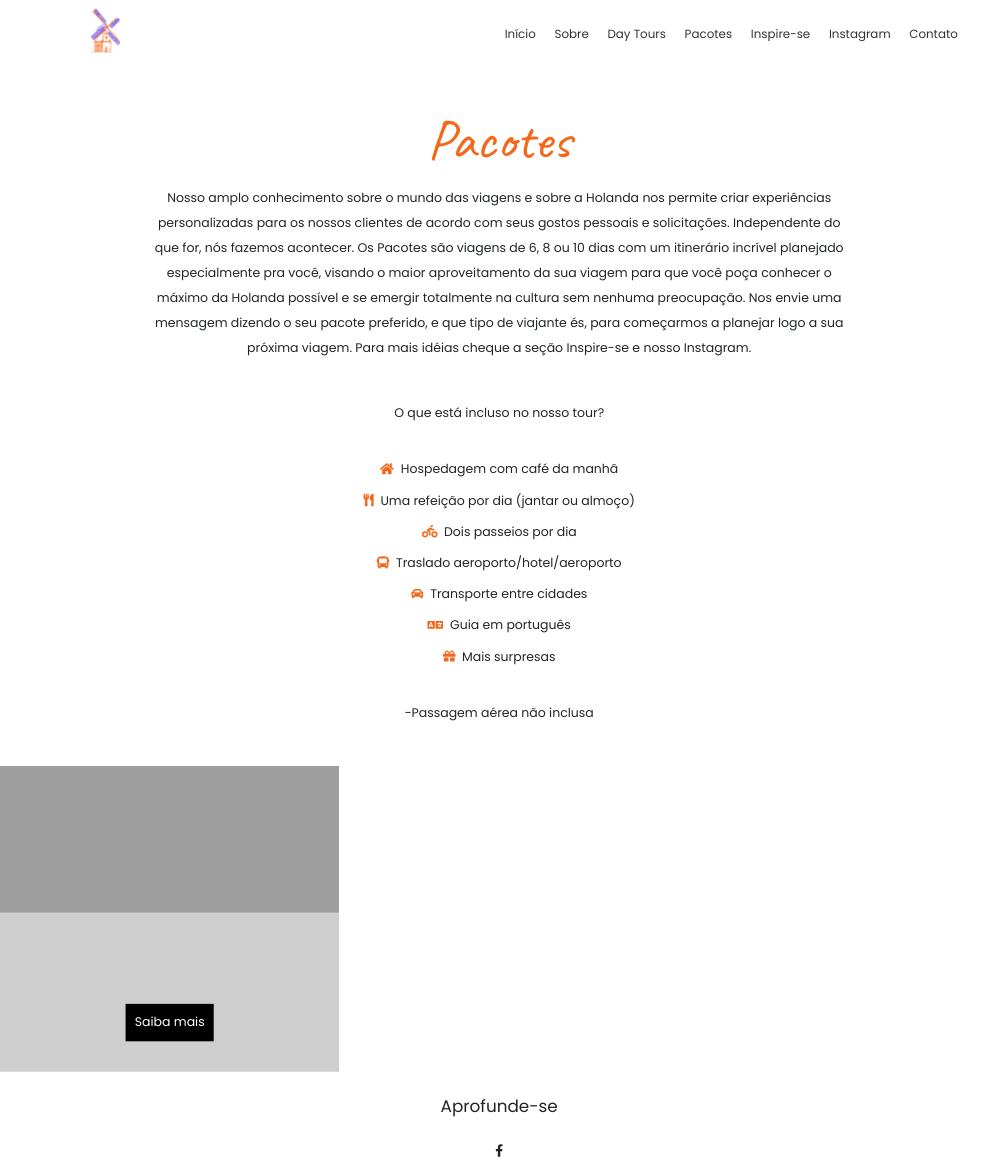
Repository: yurirech/aprofunde-se
Page: /packages
These files come from the project's save history. The page is drawn as it stood at one moment and after the next save; the edit follows.
The browser window is 1280 px wide. The pictures show the whole page, at 78% of full size.
Pictures or frames that could not be fetched are drawn as grey boxes. Some web libraries are served in a nearby version. The project was rebuilt for these pictures with package versions that can differ from the ones it lists, and the page was loaded fresh each time. Also part of the build but not shown: src/pages/Home/home-header/home-header.styles.js, src/pages/Home/home-header/home-header.component.jsx, src/pages/Home/home.data.js, src/pages/Home/home.styles.js, src/components/SharedComponents/CarouselWithArrows/CarouselWithArrowsStyled.js, src/components/SharedComponents/CarouselWithArrows/CarouselWithArrows.jsx, src/pages/Home/tour-card/tour-card.styles.js, src/pages/Home/tour-card/tour-card.component.jsx and 21 more.

Above is the page before, as saved 2020-06-17 18:06:00.

### public/index.html
<!DOCTYPE html>
<html lang="en">
  <head>
    <meta charset="utf-8" />
    <link rel="icon" href="%PUBLIC_URL%/favicon.ico" />
    <meta name="viewport" content="width=device-width, initial-scale=1" />
    <meta name="theme-color" content="#000000" />
    <meta
      name="description"
      content="Web site created using create-react-app"
    />
    <link href="https://fonts.googleapis.com/css2?family=Caveat:wght@400;700&display=swap" rel="stylesheet">
    <link href="https://fonts.googleapis.com/css?family=Poppins:300i,400,400i,600,700&display=swap" rel="stylesheet">
    <link rel="apple-touch-icon" href="logo192.png" />
    <script src="https://kit.fontawesome.com/cf99a46895.js" crossorigin="anonymous"></script>
    <!--
      manifest.json provides metadata used when your web app is installed on a
      user's mobile device or desktop. See https://developers.google.com/web/fundamentals/web-app-manifest/
    -->
    <!--
      Notice the use of %PUBLIC_URL% in the tags above.
      It will be replaced with the URL of the `public` folder during the build.
      Only files inside the `public` folder can be referenced from the HTML.

      Unlike "/favicon.ico" or "favicon.ico", "%PUBLIC_URL%/favicon.ico" will
      work correctly both with client-side routing and a non-root public URL.
      Learn how to configure a non-root public URL by running `npm run build`.
    -->
    <title>Aprofunde-se</title>
  </head>
  <body>
    <noscript>You need to enable JavaScript to run this app.</noscript>
    <div id="root"></div>
    <!--
      This HTML file is a template.
      If you open it directly in the browser, you will see an empty page.

      You can add webfonts, meta tags, or analytics to this file.
      The build step will place the bundled scripts into the <body> tag.

      To begin the development, run `npm start` or `yarn start`.
      To create a production bundle, use `npm run build` or `yarn build`.
    -->
  </body>
</html>

### src/index.js
import React from 'react';
import ReactDOM from 'react-dom';
import {  BrowserRouter as Router } from 'react-router-dom'
import './index.css';
import App from './App';
import 'bootstrap/dist/css/bootstrap.min.css';

ReactDOM.render(<Router>
                 <App />
                </Router>, document.getElementById('root'));

### src/index.css


body {
  margin: 0;
  font-family: -apple-system, BlinkMacSystemFont, "Segoe UI", "Roboto", "Oxygen",
    "Ubuntu", "Cantarell", "Fira Sans", "Droid Sans", "Helvetica Neue",
    sans-serif;
  -webkit-font-smoothing: antialiased;
  -moz-osx-font-smoothing: grayscale;
}

code {
  font-family: source-code-pro, Menlo, Monaco, Consolas, "Courier New",
    monospace;

 }

### src/App.jsx
import React, {Component} from 'react';
import { Switch, Route } from "react-router-dom";
import './App.scss';
import Home from "./pages/Home/home.component";
import { GlobalStyle } from "./_styles";
import {library} from "@fortawesome/fontawesome-svg-core";
import { fab } from '@fortawesome/free-brands-svg-icons';
import {
  faPlane,
  faMapMarkedAlt,
  faHome,
  faUtensils,
  faBiking,
  faBus,
  faCar,
  faLanguage,
  faGift
} from '@fortawesome/free-solid-svg-icons';
import Footer from "./components/SharedComponents/Footer/Footer";
import MainNavBar from "./components/SharedComponents/main-navbar/main-navbar.component";
import About from "./pages/about/about.component";
import Packages from "./pages/packages/packages.component";
import DayTours from './pages/day-tours/day-tours.component';

library.add(fab, faPlane, faMapMarkedAlt, faHome, faUtensils, faBiking, faBus, faCar, faLanguage, faGift);


class App extends Component {
  render() {

    return (
        <div className="App">
          <GlobalStyle />
          <MainNavBar />
          <Switch>
          <Route exact path='/' component={Home} />
          <Route path='/about' component={About} />
          <Route path='/packages' component={Packages} />
          <Route path='/day-tours' component={DayTours} />
          </Switch>
          <Footer onRouteChange={this.onRouteChange} />
        </div>
    );
  }
}

export default App;

### src/App.scss
.App {
  text-align: center;
  font-family: "Poppins", serif;
  //font-size: calc(14px + (26 - 14) * ((100vw - 300px) / (1600 - 300)));
  --font-logo: 'Caveat', serif;
  --aprofunde-se-black: #05030C;
  --aprofunde-se-green: #09814A;
  --aprofunde-se-pale-green: #495F41;
  --aprofunde-se-dark-green: #2A4D14;
  --aprofunde-se-orange: #D0871E;
  --aprofunde-se-orange-logo: #FF581A;
  --aprofunde-se-grey: #fff4ed;
  --aprofunde-se-black-text: #000000cc;

  //* {
  //  background: #000 !important;
  //  color: #0f0 !important;
  //  outline: solid #f00 1px !important;
  //}
  .flex {
    display: flex;
  }

  a {
    color: unset;
    text-decoration: unset;
    &:hover {
      color: unset;
      text-decoration: unset;
    }
  }

  .flex-center {
    display: flex;
    justify-content: center;
    align-items: center;
  }

  .flex-col {
    flex-direction: column;
  }

  .br-1rem {
    border-radius: 1rem;
  }
}

### src/_styles.js
import styled, { createGlobalStyle } from 'styled-components';
import {paddings, fonts, device} from './_variables';

export const GlobalStyle = createGlobalStyle`
     ${'' /* * {
    background: #000 !important;
    color: #0f0 !important;
    outline: solid #f00 1px !important;
  } */}

  h1 {
    font-family: ${fonts.caveat};
  }
`;

export const FlexContainer = styled.div`
  background-color: ${({color}) => color || null };
  display: flex;
  flex-direction: ${({column}) => column ? 'column' : null};
  flex-wrap: ${({wrap}) => wrap || null};
  justify-content: ${({justify}) => justify || null};
  align-items: ${({align}) => align || null };
  margin : ${({margin}) => margin || `4rem ${paddings.paddingWeb}` };

  @media ${device.tablet} {
    flex-direction: ${({columnMd}) => columnMd ? 'column' : null};
    align-items: ${({alignMd}) => alignMd || null };
  }
`;

export const Image = styled.div`
     background-image: ${props => `url(${props.bg})`};
     background-position: center;
     background-size: cover;
     background-repeat: no-repeat;
     height: ${({height}) => height || '100%'};
     width: ${({width}) => width || '100%'};
`;

### src/components/SharedComponents/Footer/Footer.jsx
import React, {Component} from 'react';
import {FontAwesomeIcon} from "@fortawesome/react-fontawesome";
import {HomeFooter} from "./FooterStyled";

class Footer extends Component {
  render() {

    return (
      <HomeFooter>
        <h3 onClick={() => this.props.onRouteChange('worked!')}>Aprofunde-se</h3>
        <FontAwesomeIcon icon={['fab', 'facebook-f']} />
      </HomeFooter>
    );
  }
}

export default Footer;

### src/components/SharedComponents/main-navbar/main-navbar.component.jsx
import React from 'react';
import {Header} from "./main-navbar.styles";
import {withRouter, Link} from 'react-router-dom'
import {Nav, Navbar} from "react-bootstrap";
import {ReactComponent as AprofundeSeLogo} from '../../../assets/icon/aprofunde-se-logo-navbar.svg';

const MainNavBar = ({location}) => {
    return (
      <Header headerAbsolute={location.pathname === '/' ? 'absolute' : null} >
        <Navbar>
          <div className='nav-header'>
            <Navbar.Toggle aria-controls="basic-navbar-nav" />
            <Link to='/'>
              <Navbar.Brand className='brand'>
                <AprofundeSeLogo />
              </Navbar.Brand>
            </Link>
          </div>
          <Navbar.Collapse id="basic-navbar-nav">
          <Nav className="ml-auto">
            <Link to='/'>Início</Link>
            <Link to='/about'>Sobre</Link>
            <div className='dropdown'>
              <Link to='/day-tours'>Day Tours</Link>
              <div className='dropdown-items'>
                <Link to='/'>1</Link>
                <Link to='/'>2</Link>
                <Link to='/'>3</Link>
              </div>
            </div>
            <div className='dropdown'>
              <Link to='/packages'>Pacotes</Link>
              <div className='dropdown-items'>
                <Link to='/packages/embrenhe-se'>Embrenhe-se</Link>
                <Link to='/packages/entranhe-se'>Entranhe-se</Link>
                <Link to='/packages/entregue-se'>Entregue-se</Link>
              </div>
            </div>
            <Link to='/'>Inspire-se</Link>
            <Link to='/'>Instagram</Link>
            <Link to='/'>Contato</Link>
          </Nav>
          </Navbar.Collapse>
        </Navbar>
      </Header>
    );
  };


export default withRouter(MainNavBar);

### src/pages/packages/packages.component.jsx
import React, {Component} from 'react';
import { withRouter } from 'react-router-dom';
import CentralizedSection from "../../components/SharedComponents/centrilized-section/centrilized-section.component";
import {homeTours, ourSevices, packageDetails, itineraryTables, packageCard} from "./packages.data";
import ListWithIcons from "../../components/SharedComponents/list-with-icons/list-with-icons.component";
import { Content } from './packages.styles';
import Package from '../../components/package/package'
import CustomCardWithBackground from '../../components/custom-card-with-background/custom-card-with-background.component';
import { FlexContainer } from '../../_styles';

class Packages extends Component {

  render() {
    const {location} = this.props;
    let listWithIcons = homeTours.whatIsIncluded.map((content, i) =>
      <ListWithIcons key={i} listItem={content.content} icon={content.icon} />
    );

    if(location.pathname === '/packages') {
      return (
        <Content>
          <div className='title'>
            <CentralizedSection title={'Pacotes'} mainText={homeTours.mainText}/>
          </div>
         <div className='list'>
          <p>{homeTours.subTitle}</p>
           {listWithIcons}
           <p>-Passagem aérea não inclusa</p>
         </div>
         <FlexContainer margin='0' justify='center' alignMd='center' columnMd>
            <CustomCardWithBackground cards={packageCard} />
          </FlexContainer>
        </Content>
      );
    } else if(location.pathname === '/packages/embrenhe-se') {
      return <Package packageDetails={packageDetails.embrenhaSe}
                      ourServices={ourSevices.embrenhaSe}
                      itineraryTables={itineraryTables.embrenhaSe} />

    } else if (location.pathname === '/packages/entranhe-se') {
      return <Package packageDetails={packageDetails.entranheSe}
                      ourServices={ourSevices.entranheSe}
                      itineraryTables={itineraryTables.entranheSe} />

    } else {
      return <Package packageDetails={packageDetails.entregueSe}
                      ourServices={ourSevices.entregueSe}
                      itineraryTables={itineraryTables.entregueSe} />

    }
  }
}

export default withRouter(Packages);

### src/components/SharedComponents/centrilized-section/centrilized-section.component.jsx
import React from 'react';
import { Content } from "./centrilized-section.styles";

const CentralizedSection = ({ children, textColor, title, mainText}) =>
     (
      <Content textColor={textColor}>
        <h1>{title}</h1>
        {children}
        { mainText ? <p>{mainText}</p> : null }
      </Content>
    );

export default CentralizedSection;

### src/components/SharedComponents/button/button.component.jsx
import React from 'react';
import { CustomButton } from './button.styles';


const Button = ({text, bgColor}) => (
<CustomButton bgColor={bgColor}>{text}</CustomButton>
);

export default Button;

### src/_variables.js
const size = {
  mobileS: '320px',
  mobileM: '375px',
  mobileL: '425px',
  tablet: '768px',
  laptop: '1024px',
  laptopL: '1440px',
  desktop: '2560px'
}

export const device = {
  mobileS: `(max-width: ${size.mobileS})`,
  mobileM: `(max-width: ${size.mobileM})`,
  mobileL: `(max-width: ${size.mobileL})`,
  tablet: `(max-width: ${size.tablet})`,
  laptop: `(max-width: ${size.laptop})`,
  laptopL: `(max-width: ${size.laptopL})`,
  desktop: `(max-width: ${size.desktop})`,
  desktopL: `(max-width: ${size.desktop})`
};

export const margins = {
  marginWeb: `0 15%`,
  marginWebLeft: `9%`,
  marginWebRight: `9%`,
  marginWebTopBottom: `9% 0`
}

export const paddings = {
  paddingWeb: `9%`,
}

export const colors = {
  aprofundeSeOrange: `#f4681b`,
  aprofundeSeBlack: `#05030C`,
  aprofundeSeBlackText: `#000000cc`
}

export const fonts = {
  caveat: `'Caveat', serif`,
  poppins: `"Poppins", serif`,
}

### src/components/SharedComponents/Footer/FooterStyled.js
import styled from "styled-components";

export const HomeFooter = styled.div`
  padding: 2rem 0 1rem;

  h3 {
    font-size: 1.35rem;
    margin-bottom: 2rem;
  }

`;

### src/components/SharedComponents/main-navbar/main-navbar.styles.js
import styled from "styled-components";
import { device, colors } from '../../../_variables'

export const Header = styled.div`
  position: ${props => props.headerAbsolute || 'unset' };
  z-index: 99;
  width: 100%;
  padding: 1.25rem 1.5rem;

  .nav-header {
    a {
      position: absolute;
      top: -16px;
      left: 90px;
    }
  }

  .navbar-nav {
    align-items: center;
    a {
      padding: .25rem .75rem;
      color: ${colors.aprofundeSeBlackText};
      font-size: .95rem;
    }
  }

  /* Dropdown menu */
.dropdown {
  position: relative;
  display: inline-block;
  padding: .25rem .75rem;

  a {
    padding: unset;
  }

  &:hover {
    .dropdown-items {
      display: block;
    }
  }
}

.dropdown-items {
  display: none;
  position: absolute;
  background-color: #f1f1f1;
  min-width: 160px;
  box-shadow: 0px 8px 16px 0px rgba(0,0,0,0.2);
  z-index: 1;

  a {
    color: black;
  padding: 12px 16px;
  text-decoration: none;
  display: block;
  }
}
  /* Dropdown menu ends */

 @media ${device.tablet} {
 .nav-header {
  display: flex;
  width: 100%;
  flex-direction: row-reverse;

  a {
      left: 20px;
    }


  .navbar-brand {
   display: block;
   margin-right: auto;
  }
 }

 .navbar-collapse {
    width: 100%;
    text-align: left;
    transition: height 0.25s cubic-bezier(0.6, -0.28, 1, 0.58) 0s;

    .ml-auto {
      margin-left: unset!important;
    }
 }

 .navbar-expand {
    flex-direction: column;
}

  .navbar-expand .navbar-nav {
   flex-direction: column;
}

  .collapse:not(.show) {
      display: none!important;
  }
  .navbar-expand .navbar-toggler {
     display: block;
    }
  }

  @media ${device.mobileL} {
    background-color: #ffffff;
    padding: 0.5rem 0.75rem;

    .nav-header {
        a {
         top: -10px;
      }
    }
  }
`;

### src/components/SharedComponents/list-with-icons/list-with-icons.component.jsx
import React from 'react';
import {FontAwesomeIcon} from "@fortawesome/react-fontawesome";
import {Content} from "./list-with-icons-styles";

const ListWithIcons = ({icon, listItem})  =>
     (
      <Content className='list-with-icons'>
        <ul>
          <li>
            <FontAwesomeIcon icon={icon}/> &nbsp;
            { listItem }
          </li>
        </ul>
      </Content>
    );


export default ListWithIcons;

### src/pages/packages/packages.styles.js
import styled from "styled-components";
import { device } from '../../_variables';

export const Content = styled.div`
  padding-top: 3rem;

  p {
    padding: 0 15%;
  }

  .list {
    margin: 3.5rem;

    p {
      margin: 3rem 0;
    }
    li {
      font-size: 1rem;
    }
  }

  @media ${device.mobileL} {
    p {
    padding: 0 7%;
    }

    .list {
      margin: 3.5rem 7%;
    }
  }
`;

### src/components/custom-card-with-background/custom-card-with-background.component.jsx
import React from 'react';

import {Container, ImageExtended, Overlay} from './custom-card-with-background.styles'
import {v4 as uuid} from 'uuid';

import {Link} from 'react-router-dom';

import Button from '../SharedComponents/button/button.component';

const CustomCardWithBackground = ({bgImage, description, route, buttonBgColor}) => (
  <Container>
    <ImageExtended bg={bgImage} width='34%' key={uuid()}>
      <div>
        <h5>{description}</h5>
        <Link to={route}>
        <Button bgColor='#000' text={'Saiba mais'} />
        </Link>
      </div>
      <Overlay></Overlay>
    </ImageExtended>
  </Container>
);

export default CustomCardWithBackground;

### src/components/SharedComponents/centrilized-section/centrilized-section.styles.js
import styled from "styled-components";
import { fonts, colors } from "../../../_variables";


export const Content = styled.div`

  h1 {
    font-family: ${fonts.caveat};
    font-size: 4.5rem;
    font-weight: lighter;
    color: ${props => props.h1Color ||`${colors.aprofundeSeOrange}`} ;
    margin-bottom: 1rem;
  }

  p {
    color: ${props => props.textColor || null } ;
    line-height: 2rem;
  }
`;

### src/components/SharedComponents/button/button.styles.js
import styled from 'styled-components';
import { colors } from '../../../_variables';

export const CustomButton = styled.button`
  background-color: ${({bgColor}) => bgColor || colors.aprofundeSeOrange};
  border: unset;
  padding: .75rem;
  color: white;
  transition: .3s;

  &:hover {
    opacity: .7;
    transition: ''
  }
`;

### src/components/SharedComponents/list-with-icons/list-with-icons-styles.js
import styled from "styled-components";
import { colors } from '../../../_variables';

export const Content = styled.div`

   ul {
    list-style-type: none;
    padding: 0;

        li {
        font-size: 1.1rem;

        svg {
         color: ${colors.aprofundeSeOrange};
     }
    }
   }
`;

### src/components/custom-card-with-background/custom-card-with-background.styles.js
import styled from 'styled-components';
import { Image } from '../../_styles';
import { device } from '../../_variables';

export const Container = styled.div`
  width: 100%;
`;

export const ImageExtended = styled(Image)`
  position: relative;
  min-width: 200px;
  display: flex;
  flex-direction: column;
  justify-content: flex-end;

   div:first-of-type {
    z-index: 999;
    padding-top: 60%;
    padding-bottom: 9%;

    h5 {
      margin-bottom: 10%;
      font-weight: 600;
      line-height: 27px;
    }
  }

  @media ${device.tablet} {
    width: 50%;
    min-width: 340px;
    margin-bottom: 1rem;
  }
`;

export const Overlay = styled.div`
  height: 52%;
  width: 100%;
  background-color: #fff;
  opacity: .5;
  position: absolute;
  bottom: 0;
  z-index: 1
`;

Loaded but not shown: src/pages/packages/packages.data.js (293 lines, source omitted)

After the next save:
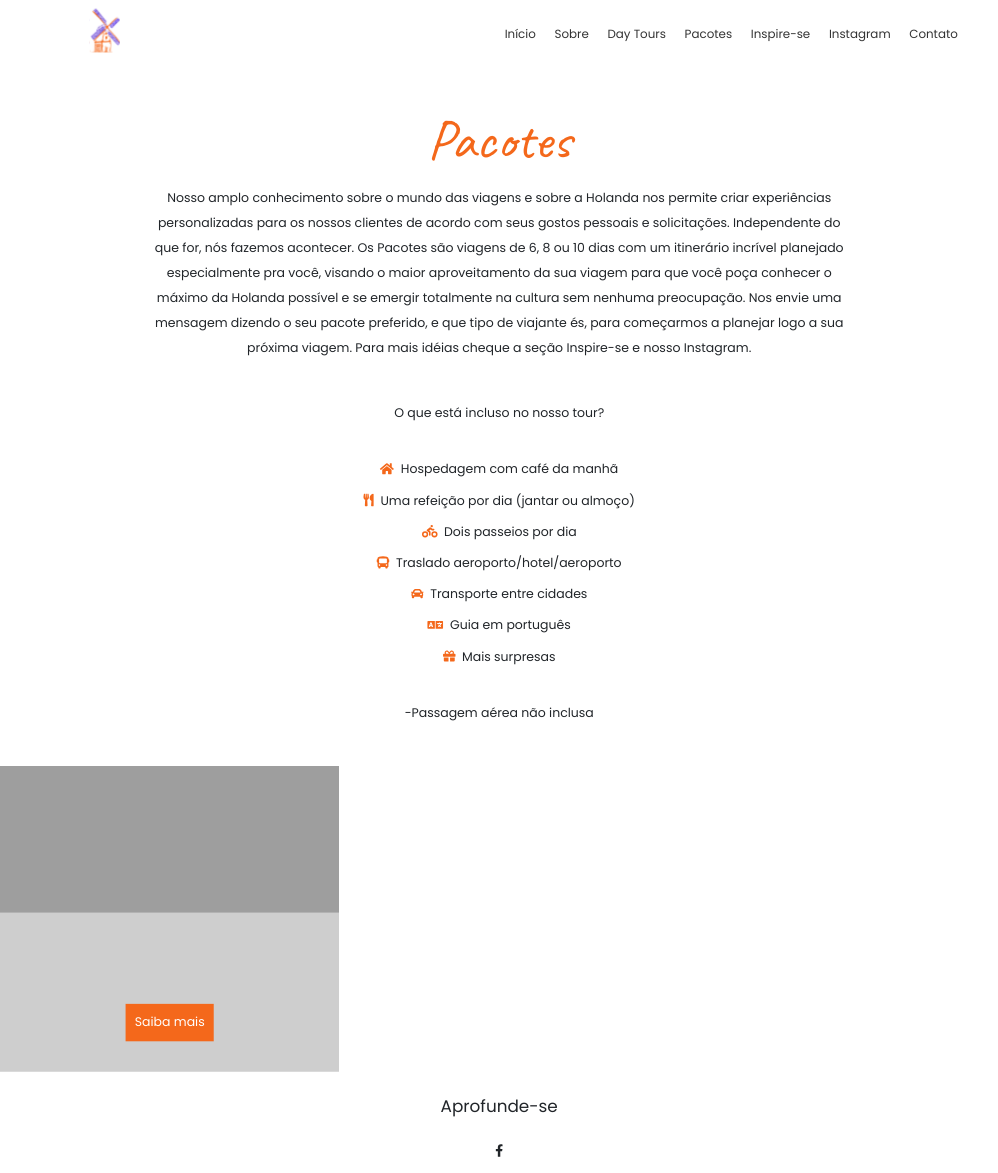
Saved 7 s later.
--- a/src/components/custom-card-with-background/custom-card-with-background.component.jsx
+++ b/src/components/custom-card-with-background/custom-card-with-background.component.jsx
@@ -13,7 +13,7 @@ const CustomCardWithBackground = ({bgImage, description, route, buttonBgColor})
       <div>
         <h5>{description}</h5>
         <Link to={route}>
-        <Button bgColor='#000' text={'Saiba mais'} />
+        <Button bgColor={buttonBgColor} text={'Saiba mais'} />
         </Link>
       </div>
       <Overlay></Overlay>
